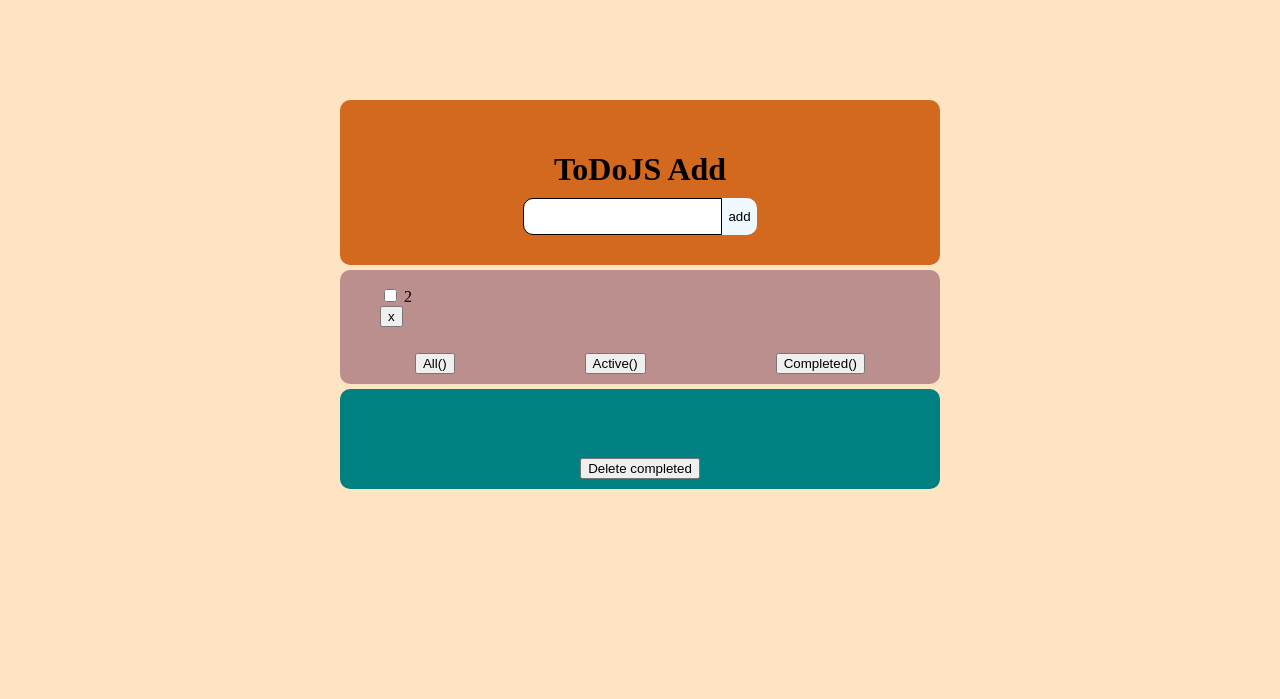
Repository: Savich01/todoTest
Page: index.html
These files come from the project's save history. The page is drawn as it stood at one moment and after the next save; the edit follows.
The browser window is 1280 px wide. The pictures show the whole page.

Above is the page before, as saved 2024-05-06 11:22:45.

### index.html
<!DOCTYPE html>
<html lang="en">
<head>
    <meta charset="UTF-8">
    <meta name="viewport" content="width=device-width, initial-scale=1.0">
    <link rel="stylesheet" href="css/style.css">
    <title>ToDO</title>
</head>
<body>
    <header class="header">
        <div class="header-block">
            <div class="header-block__sub">
                <h1 class="title">ToDoJS Add</h1>
                <form class="personal" action="#">
                    <input type="text" class="personal-input">
                    <button class="personal-btn">add</button>
                </form>
            </div>
        </div>
    </header>
     <main class="main">
        <div class="main-block">

            <div class="main-container">
                <ul class="main-container--list">

                <li class="main-container--list-link">
                    <input class="main-checked" type="checkbox">
                    2
                </li>
                <button class="main--list-btn">
                    х
                </button>
               </ul>


            </div>




            <div class="main-button">
                 <button class="main-btn1">All()</button>
                 <button class="main-btn2">Active()</button>
                 <button class="main-btn3">Completed()</button>
            </div>
            </div>
     </main>
     <footer class="footer">
        <div class="footer-block">
            <div class="footer-btn">
                <button class="btn">Delete completed</button>
            </div>
        </div>
     </footer>
        <script src="js/script.js"></script>
</body>
</html>

### css/style.css
ul,li {
    text-decoration: none;
    list-style: none;
}


/*------------HEADER-------------------------------------*/

body {
    max-width: 100%;
    background: #FFE4C4;
}
.header {
    margin-top: 100px;
    margin-bottom: 5px;
}
.header-block {
    max-width: 600px;
    margin: 0 auto;
    background: #D2691E;
    border-radius: 10px;
}
 .header-block__sub {
    display: flex;
    flex-direction: column;
    justify-content: center;
    align-items: center;
    padding: 30px 0px;
 }

 .title {
    margin-bottom: 10px;
 }

 .personal {
    display: flex;
    justify-content: center;
 }

 .personal-input{
    padding: 10px;
    border: 1px solid #000;
    border-radius: 10px 0px 0px 10px;
 }
.personal-btn {
    border: none;
    background-color: aliceblue;
    border-radius: 0px 10px 10px 0px;
    cursor: pointer;
}
/*------------------MAIN-------------------------------------*/

.main-block {
   max-width: 600px;
   margin: 0 auto;
   background: #BC8F8F;
   min-height: 70px;
   border-radius: 10px;
   display:flex;
   flex-direction: column;
   justify-content: space-between;
   margin-bottom: 5px;
}

.main-block--list{
    display: flex;
    align-items: center;
    justify-content: center;
    padding-right: 47px;
}

.main-block--list-link{
    display: flex;
    align-items: center;
}

.main-block--text{
    margin-left: 10px;
}

.checkbox-active{
    width: 20px;
    height: 17px;
}

.main-block--text{
    transform: translateY(1px);
}

.main-list{
  padding: 0px 30px;
}
.main-list--link{
  display: flex;
  align-items: center;
  justify-content: space-between;
  margin-bottom: 15px;
  padding: 10px;
  background-color: #FFE4C4;
}



























.main-button {
    padding: 10px;
    display: flex;
    align-items: flex-end;
    justify-content: space-around
}

/* .main-container {
    background: rgba(183, 231, 62, 0.699);
    border-radius: 20px;
    margin: 15px;
    /* display: none; */
/* } */

/* .main-container--list{
    background-color: #20B2AA;
    border-radius: 10px;
    margin: 25px;
    display: flex;
    align-items: center;
    justify-content: space-between;
} */

/* .main-container--list-link {
    padding: 10px;
    display: flex;
    align-items: center;
    justify-content: space-between;
} */
/* .main-checked{
    width: 20px;
    height: 16px;
    cursor: pointer;
} */
/* .main-text{
    display: inline-block;
    margin-left: 15px;
    transform: translateY(1px);
} */
/* .main--list-btn{
    min-width: 20px;
    max-width: 23px;
    background: #FFFFE0;
    align-items: center;
    margin-right: 25px;
    cursor: pointer;
    border: none;
    background: #B22222;
} */
/*--------------*/

/*--------------*/


/*------------------FOOTER--------------------------------------------------*/

.footer-block {
    max-width: 600px;
    margin: 0 auto;
    background: #008080;
    height: 100px;
    border-radius: 10px;
    display: flex;
    align-items: flex-end;
    justify-content: space-around;
}
.footer-btn {
    padding: 10px;
}

Loaded but not shown: js/script.js (no copy from this time; the picture is the same without it)

After the next save:
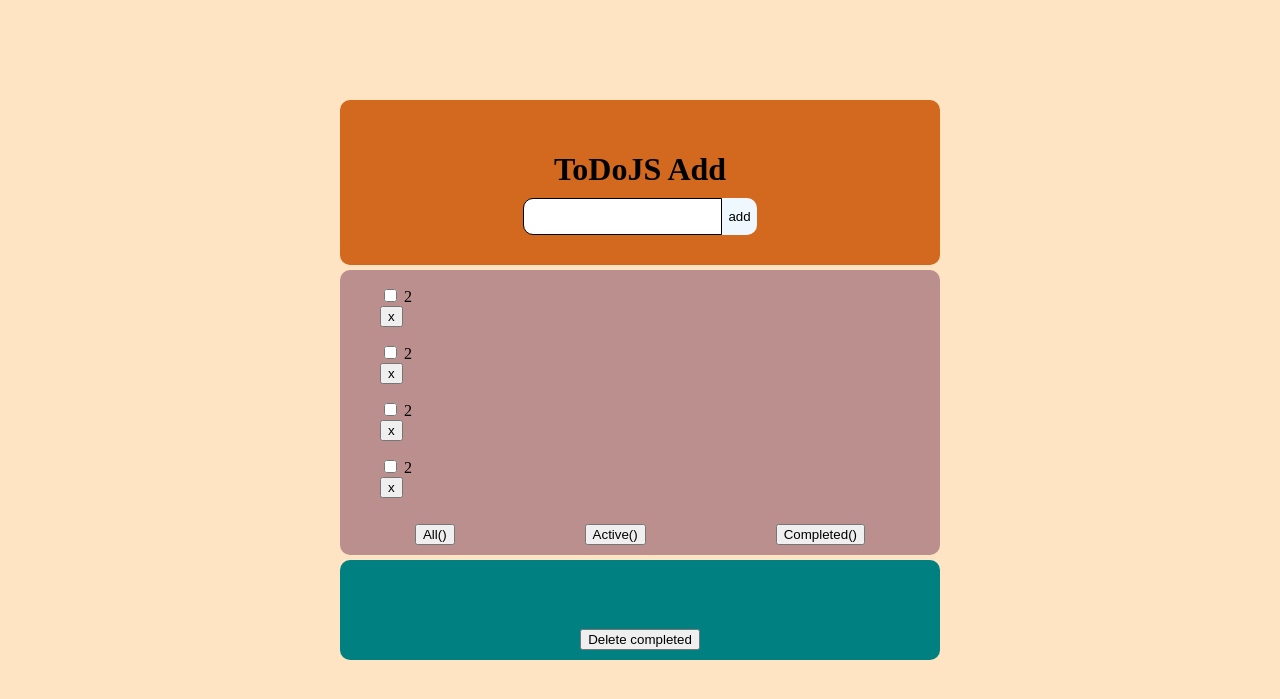
Saved 13 min 47 s later.
--- a/index.html
+++ b/index.html
@@ -23,7 +23,37 @@
 
             <div class="main-container">
                 <ul class="main-container--list">
+                <li class="main-container--list-link">
+                    <input class="main-checked" type="checkbox">
+                    2
+                </li>
+                <button class="main--list-btn">
+                    х
+                </button>
+               </ul>
 
+               <ul class="main-container--list">
+                <li class="main-container--list-link">
+                    <input class="main-checked" type="checkbox">
+                    2
+                </li>
+                <button class="main--list-btn">
+                    х
+                </button>
+               </ul>
+
+               <ul class="main-container--list">
+                <li class="main-container--list-link">
+                    <input class="main-checked" type="checkbox">
+                    2
+                </li>
+                <button class="main--list-btn">
+                    х
+                </button>
+               </ul>
+
+
+               <ul class="main-container--list">
                 <li class="main-container--list-link">
                     <input class="main-checked" type="checkbox">
                     2
